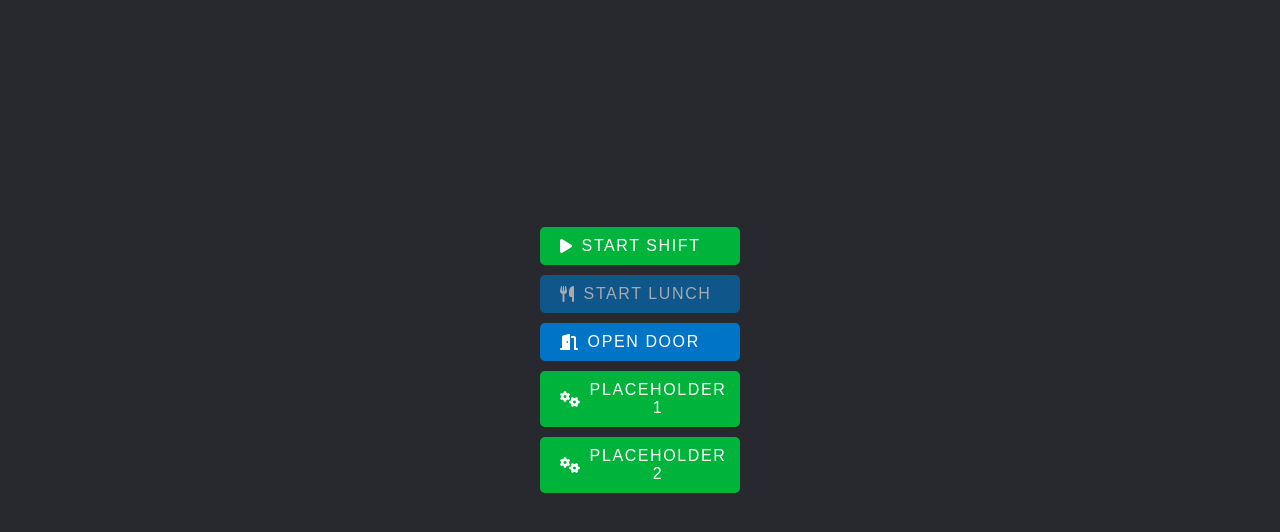
Repository: Philip-Rogers/button-state
Page: experiment.html
The author's editor kept a copy of each file at every save. The page is drawn from the files as they stood at one save, then again after the next save.
The browser window is 1280 px wide. The pictures show the whole page.

Above is the page before, as saved 2024-08-14 16:46:14.

### experiment.html
<!DOCTYPE html>
<html lang="en">

<head>
    <meta charset="UTF-8">
    <meta name="viewport" content="width=device-width, initial-scale=1.0">
    <title>Shift and Lunch Toggle Buttons</title>
    <link rel="stylesheet" href="index.css">
    <link rel="stylesheet" href="https://cdnjs.cloudflare.com/ajax/libs/font-awesome/6.5.1/css/all.min.css"
        integrity="sha512-DTOQO9RWCH3ppGqcWaEA1BIZOC6xxalwEsw9c2QQeAIftl+Vegovlnee1c9QX4TctnWMn13TZye+giMm8e2LwA=="
        crossorigin="anonymous" referrerpolicy="no-referrer" />
</head>

<body>

    <!-- Container to hold all buttons -->
    <div class="button-container">
        <!-- Shift Button -->
        <button id="shiftButton" class="toggle-button" onclick="toggleShift()">
            <i class="fa fa-play"></i> Start Shift
        </button>

        <!-- Lunch Button -->
        <button id="lunchButton" class="toggle-button" onclick="toggleLunch()" disabled>
            <i class="fa fa-utensils"></i> Start Lunch
        </button>

        <!-- Open Door Button -->
        <button id="openDoorButton" class="toggle-button" onclick="toggleOpenDoor()">
            <i class="fa fa-door-open"></i> Open Door
        </button>

        <!-- Placeholder Button 1 -->
        <button id="placeholderButton1" class="toggle-button">
            <i class="fa fa-cogs"></i> Placeholder 1
        </button>

        <!-- Placeholder Button 2 -->
        <button id="placeholderButton2" class="toggle-button">
            <i class="fa fa-cogs"></i> Placeholder 2
        </button>
    </div>

    <script>
        let shiftState = 'start'; // Tracks the state of the Shift button
        let lunchState = 'start'; // Tracks the state of the Lunch button
        let doorState = 'closed'; // Tracks the state of the Open Door button

        // Function to toggle the Shift button text and color
        function toggleShift() {
            const shiftButton = document.getElementById('shiftButton');
            const lunchButton = document.getElementById('lunchButton');

            if (shiftState === 'start') {
                shiftButton.innerHTML = '<i class="fa fa-stop"></i> Stop Shift';
                shiftButton.style.backgroundColor = 'hsl(354, 70%, 54%)'; // Red for Stop Shift
                shiftState = 'stop';
                lunchButton.disabled = false; // Enable the Lunch button when Shift is started
            } else {
                // Revert all buttons to their default state
                shiftButton.innerHTML = '<i class="fa fa-play"></i> Start Shift';
                shiftButton.style.backgroundColor = 'hsl(140, 100%, 35%)'; // Green for Start Shift
                shiftState = 'start';
                lunchButton.disabled = true; // Disable the Lunch button when Shift is stopped
                lunchButton.innerHTML = '<i class="fa fa-utensils"></i> Start Lunch'; // Reset Lunch button text
                lunchButton.style.backgroundColor = 'hsl(205, 100%, 39%)'; // Reset Lunch button color
                lunchState = 'start'; // Reset Lunch button state

                // Reset Open Door button
                resetOpenDoor();
            }
        }

        // Function to toggle the Lunch button text and color
        function toggleLunch() {
            const shiftButton = document.getElementById('shiftButton');
            const lunchButton = document.getElementById('lunchButton');

            if (lunchState === 'start') {
                lunchButton.innerHTML = '<i class="fa fa-stop"></i> Stop Lunch';
                lunchButton.style.backgroundColor = 'hsl(354, 70%, 54%)'; // Red for Stop Lunch

                if (shiftState === 'stop') {
                    shiftButton.style.backgroundColor =
                    'hsl(354, 70%, 44%)'; // Darkened red for Stop Shift when disabled
                    shiftButton.disabled = true; // Disable the Stop Shift button
                }

                lunchState = 'stop';
            } else {
                lunchButton.innerHTML = '<i class="fa fa-utensils"></i> Start Lunch';
                lunchButton.style.backgroundColor = 'hsl(205, 100%, 39%)'; // Blue for Start Lunch
                lunchButton.disabled = true; // Disable the Stop Lunch button

                if (shiftState === 'stop') {
                    shiftButton.style.backgroundColor = 'hsl(354, 70%, 54%)'; // Restore the red color for Stop Shift
                    shiftButton.disabled = false; // Re-enable the Stop Shift button
                }

                lunchState = 'start';
            }
        }

        // Function to toggle the Open Door button text and color
        function toggleOpenDoor() {
            const openDoorButton = document.getElementById('openDoorButton');

            if (doorState === 'closed') {
                openDoorButton.innerHTML = '<i class="fa fa-door-closed"></i> Close Door';
                openDoorButton.style.backgroundColor = 'hsl(354, 70%, 54%)'; // Red for Door Opened
                doorState = 'open';
            } else {
                resetOpenDoor();
            }
        }

        // Function to reset the Open Door button to its default state
        function resetOpenDoor() {
            const openDoorButton = document.getElementById('openDoorButton');
            openDoorButton.innerHTML = '<i class="fa fa-door-open"></i> Open Door';
            openDoorButton.style.backgroundColor = 'hsl(205, 100%, 39%)'; // Blue for Door Closed
            doorState = 'closed';
        }
    </script>

</body>

</html>

### index.css
body {
    background-color: hsl(225, 9%, 17%);
    margin: auto;
    display: flex;
    justify-content: center;
    align-items: center;
    height: 100vh;
    margin: 0;
}

button {
    font-size: 1.25em;
    display: block;
    border-radius: 5px;
    /* background-color: hsl(205, 100%, 39%); */
    background-color: hsl(140, 100%, 35%);
    /* Green for Start Shift */
    color: hsl(354, 70%, 100%);
    padding: 1em 1.25em;
    width: 300px;
    cursor: pointer;
    border: none;
    text-transform: uppercase;
    letter-spacing: 0.1em;
    transition: all .2s ease-in-out;
    /* -webkit-box-reflect: below 10px linear-gradient(transparent, transparent, #0004); */
}


#shiftButton i {
    margin-right: 8px;
}

#shiftButton.stopShift {
    background-color: hsl(354, 70%, 54%);
    /* Red for Stop Shift */
}






/* Container for the buttons to ensure they stack vertically */
.button-container {
    display: flex;
    flex-direction: column;
    align-items: flex-start;
    /* Align buttons to the start of the container */
    gap: 10px;
    /* Space between the buttons */
}

/* Style for the toggle buttons */
.toggle-button {
    color: white;
    background-color: hsl(140, 100%, 35%);
    /* Default green for Start Shift */
    border: none;
    padding: 10px 20px;
    font-size: 16px;
    cursor: pointer;
    display: flex;
    align-items: center;
    width: 200px;
    /* Fixed width for consistency */
}

#lunchButton,
#openDoorButton,
#roamingOptionsButton {
    background-color: hsl(205, 100%, 39%);
    /* Default blue color for Start Lunch, Open Door, and Roaming Options */
}

.toggle-button i {
    margin-right: 8px;
}

.toggle-button:disabled {
    cursor: not-allowed;
    opacity: 0.6;
}

After the next save:
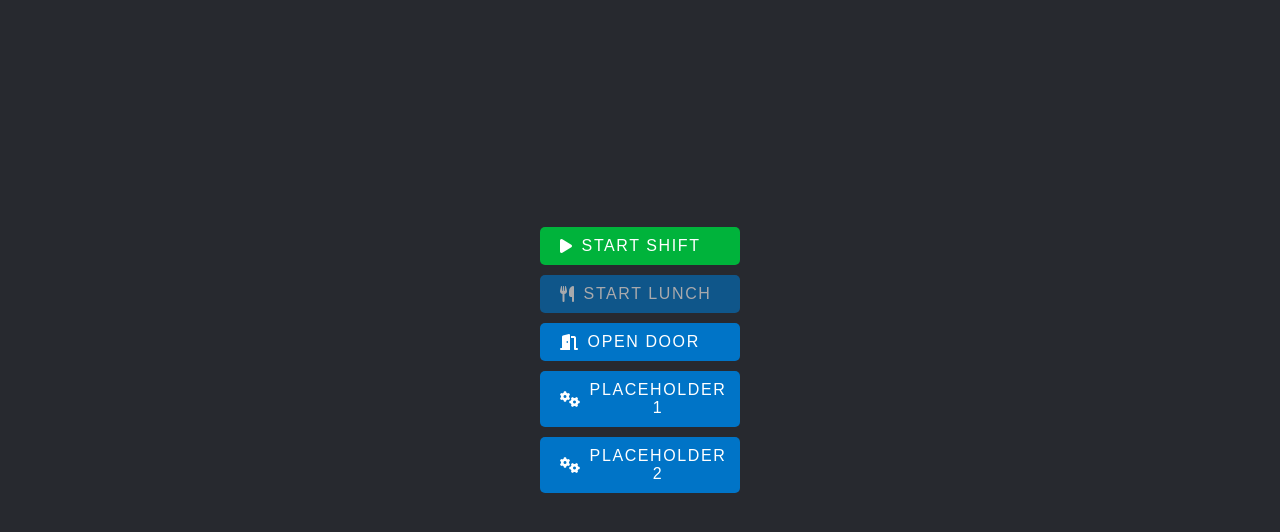
Saved 15 s later.
--- a/index.css
+++ b/index.css
@@ -68,9 +68,10 @@ button {
 
 #lunchButton,
 #openDoorButton,
-#roamingOptionsButton {
+#placeholderButton1,
+#placeholderButton2 {
     background-color: hsl(205, 100%, 39%);
-    /* Default blue color for Start Lunch, Open Door, and Roaming Options */
+    /* Default blue color for Start Lunch, Open Door, and Placeholder buttons */
 }
 
 .toggle-button i {
